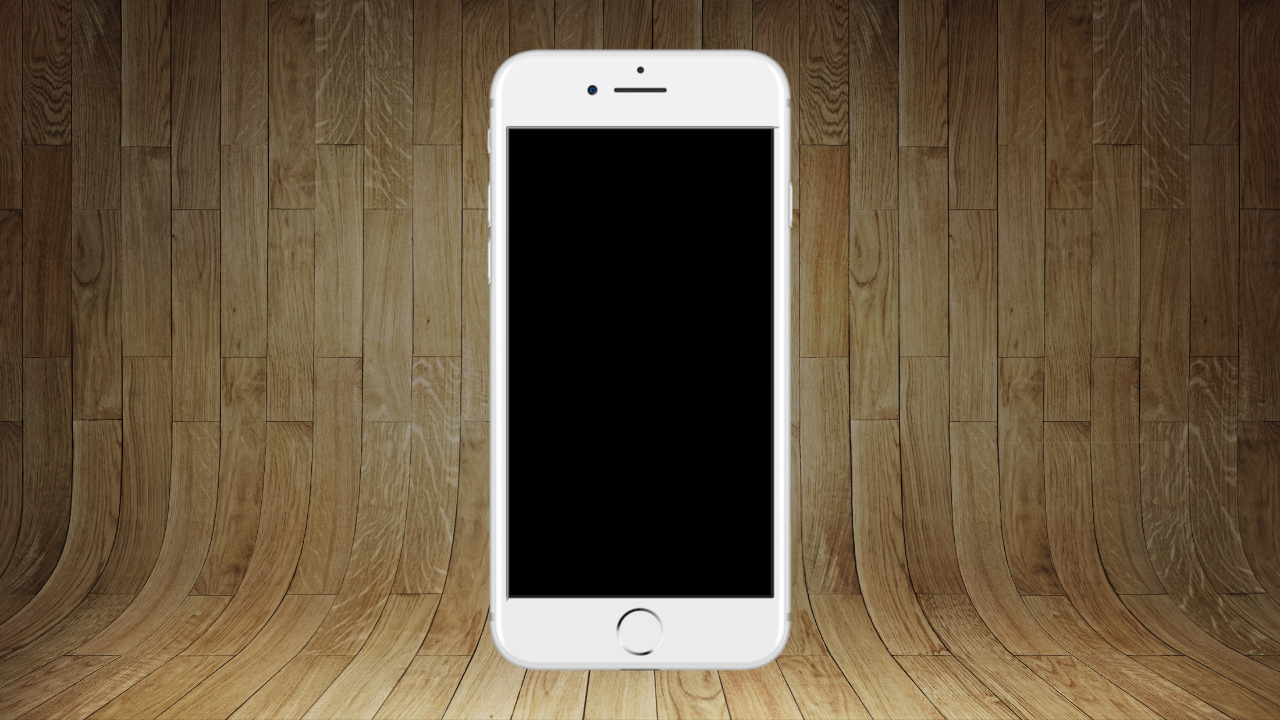
Repository: Sandro1969-tech/Projeto-social-desafio13
Page: index.html
An editor plug-in stored every save of this project. The page is shown before and after the next save, followed by the edit.
The browser window is 1280 px wide. The pictures show the whole page.

Above is the page before, as saved 2025-12-04 18:56:26.

After the next save:
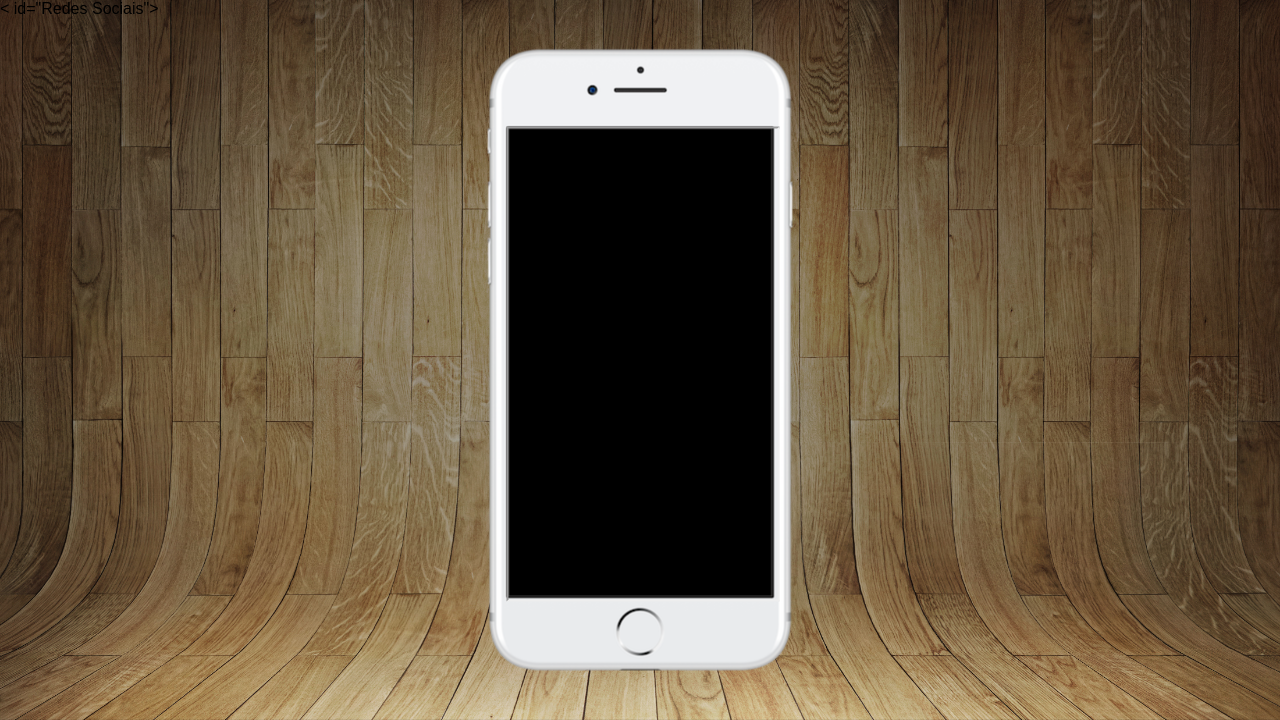
Saved 13 s later.
--- a/index.html
+++ b/index.html
@@ -11,8 +11,8 @@
     <section id="telefone">
         <iframe src="home.html" name="tela" id="tela"></iframe>
     </section>
-        <sec id="Redes Sociais"></section>
-    </section>
+        < id="Redes Sociais"></section>
+
 </main>
 <body>
 

After the save that followed:
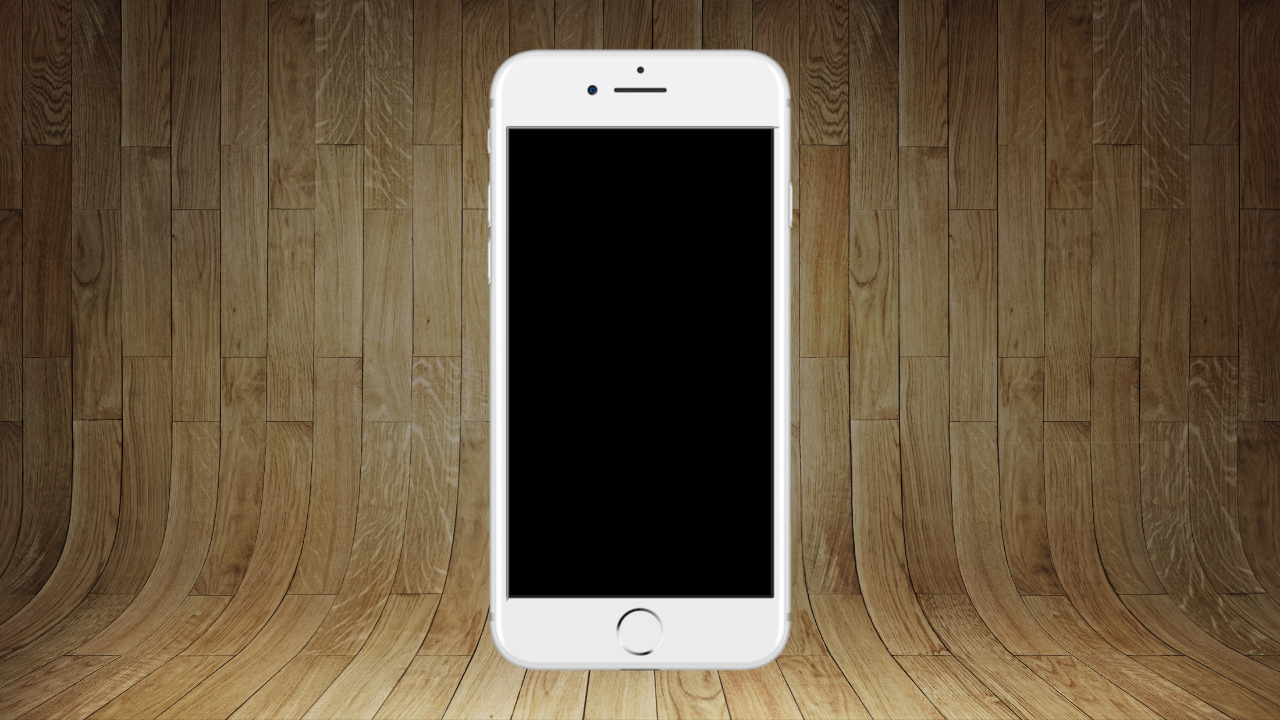
Saved 10 s later.
--- a/index.html
+++ b/index.html
@@ -11,7 +11,7 @@
     <section id="telefone">
         <iframe src="home.html" name="tela" id="tela"></iframe>
     </section>
-        < id="Redes Sociais"></section>
+        <id="Redes Sociais"></section>
 
 </main>
 <body>
